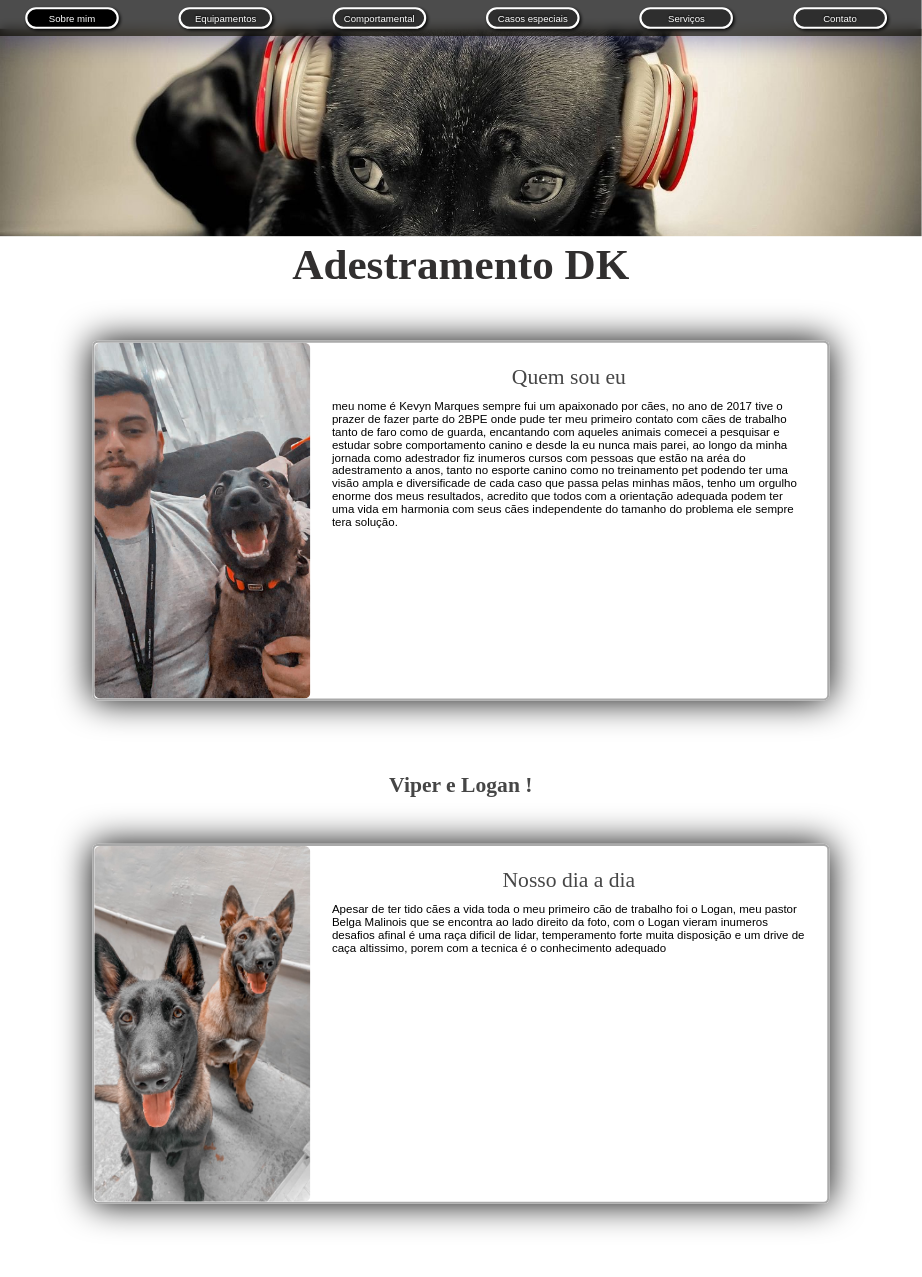
Repository: KevynMarques/Blog-React-StyledComponent
Page: /
These files come from the project's save history. The page is drawn as it stood at one moment and after the next save; the edit follows.
The browser window is 1280 px wide. The pictures show the whole page, at 72% of full size.
The project was rebuilt for these pictures with package versions that can differ from the ones it lists, and the page was loaded fresh each time. Also part of the build but not shown: src/Components/Equipamentos/index.jsx, src/Components/Comportamental/index.jsx, src/Components/Clientes/index.jsx, src/Components/Serviços/index.jsx, src/Components/Contato/index.jsx.

Above is the page before, as saved 2022-02-21 13:45:45.

### public/index.html
<!DOCTYPE html>
<html lang="pt-BR">
  <head>
    <meta charset="utf-8" />
    <link rel="icon" href="%PUBLIC_URL%/favicon.ico" />
    <meta name="viewport" content="width=device-width, initial-scale=1" />
    <meta name="theme-color" content="#000000" />
    <meta
      name="description"
      content="Web site created using create-react-app"
    />
    <link rel="apple-touch-icon" href="%PUBLIC_URL%/logo192.png" />
    <!--
      manifest.json provides metadata used when your web app is installed on a
      user's mobile device or desktop. See https://developers.google.com/web/fundamentals/web-app-manifest/
    -->
    <!--
      Notice the use of %PUBLIC_URL% in the tags above.
      It will be replaced with the URL of the `public` folder during the build.
      Only files inside the `public` folder can be referenced from the HTML.

      Unlike "/favicon.ico" or "favicon.ico", "%PUBLIC_URL%/favicon.ico" will
      work correctly both with client-side routing and a non-root public URL.
      Learn how to configure a non-root public URL by running `npm run build`.
    -->
    <title>Adestramento DK</title>
  </head>
  <body>
    <noscript>You need to enable JavaScript to run this app.</noscript>
    <div id="root"></div>
    <!--
      This HTML file is a template.
      If you open it directly in the browser, you will see an empty page.

      You can add webfonts, meta tags, or analytics to this file.
      The build step will place the bundled scripts into the <body> tag.

      To begin the development, run `npm start` or `yarn start`.
      To create a production bundle, use `npm run build` or `yarn build`.
    -->
  </body>
</html>

### src/App.jsx
import Home from './Pages/Home';
import Sobre from './Components/Sobre/index';
import { useState, useEffect } from 'react';
import { GlobalStyle } from './GlobalStyle';
import Geral from './Components/Geral/index';


function App() {

  const [geral, setGeral]=useState(<Sobre />);

  return (
    <>
    <Home setGeral={setGeral} geral={geral}  />
    <Geral geral={geral} />
    <GlobalStyle/>
   </>
  );
}

export default App;

### src/Pages/Home/index.jsx
import React, {useState} from "react"
import {  Home, Equip, Comportamental, MeusCaes, Serviços, Contato } from "../../Components/Buttons/Style"
import Equipamentos from "../../Components/Equipamentos/index"
import Sobre from '../../Components/Sobre/index'
import Comport  from '../../Components/Comportamental/index'
import Clientes from '../../Components/Clientes/index'
import Serv from "../../Components/Serviços"
import Cont from '../../Components/Contato/index'
import { ContainerHeader } from "../../Components/Containers/style"




export default (props) => {

  const [ativo, setAtivo] = useState(false)
  const [ativoEquip, setAtivoEquip] = useState(true)
  const [ativoComp, setComp] = useState(true)
  const [Casos, setCasos] = useState(true)
  const [serviços, setServiços] = useState(true)
  const [contato, setContato] = useState(true)


  return (
   <>
    <ContainerHeader>


       <Home
         setAtivo={setAtivo}
         ativo={ativo}
         onClick={()=>(props.setGeral(<Sobre />),
         setAtivo(false),
         setAtivoEquip(true),
         setComp(true),
         setCasos(true),
         setServiços(true)
         )}>
         <p>Sobre mim</p>
      </Home>



       <Equip
        ativoEquip={ativoEquip}
        setAtivoEquip={setAtivoEquip}
        onClick={()=>(props.setGeral(<Equipamentos />),
        setAtivo(true),
        setAtivoEquip(false),
        setComp(true),
        setCasos(true),
        setServiços(true)
        )}>
        <p>Equipamentos</p>
       </Equip>

       <Comportamental
          onClick={() =>(props.setGeral(<Comport />),
          setAtivo(true),
          setAtivoEquip(true),
          setComp(false),
          setCasos(true),
          setServiços(true))}

          setComp={setComp}
          ativoComp={ativoComp}>

         <p>Comportamental</p>
       </Comportamental>

       <MeusCaes
          onClick={() =>(props.setGeral(<Clientes />),
          setAtivo(true),
          setAtivoEquip(true),
          setComp(true),
          setCasos(false),
          setServiços(true))}
          setCasos={setCasos}
          Casos={Casos}>
         <p>Casos especiais</p>
       </MeusCaes>

       <Serviços onClick={() =>(props.setGeral(<Serv />),
        setAtivo(true),
        setAtivoEquip(true),
        setComp(true),
        setCasos(true),
        setServiços(false))}
        setServiços={setServiços}
        serviços={serviços}>
         <p>Serviços</p>
       </Serviços>

       <Contato onClick={() =>(props.setGeral(<Cont />),
        setAtivo(true),
        setAtivoEquip(true),
        setComp(true),
        setCasos(true),
        setServiços(true),
        setContato(false)
       )}
          setContato={setContato}
          contato={contato}>
         <p>Contato</p>
      </Contato>

    </ContainerHeader>
    </>
  );
}

### src/Components/Sobre/index.jsx
import Foto from '../Image/foto.png'
import LV from '../Image/LV.jpg';
import Dog from '../Image/Dog.png'
import { Tittle } from "../Textos&Titles/style";
import { ContainerBaner, ContainerBox, ContainerIMG } from "../Containers/style";
import { Info } from "../Textos&Titles/style";
import { SubTitle } from '../Textos&Titles/style';
import { TitleInfo } from '../Textos&Titles/style';


export default () => {
  return (
<>
     <ContainerBaner>
      <img src={Dog} />
     </ContainerBaner>

   <Tittle>
          Adestramento DK
  </Tittle>


  <ContainerBox>
       <ContainerIMG>
        <img src={Foto} />
       </ContainerIMG>
       <Info>
       <TitleInfo>Quem sou eu</TitleInfo>
       meu nome é Kevyn Marques sempre fui um apaixonado por cães, no ano de 2017 tive o prazer
       de fazer parte do 2BPE  onde pude ter  meu primeiro contato com cães de trabalho tanto de faro como de guarda, encantando com aqueles animais comecei a pesquisar e estudar sobre comportamento canino  e desde la eu nunca mais parei, ao longo da minha jornada como adestrador fiz inumeros cursos com pessoas que estão na aréa do adestramento a anos, tanto no esporte canino como no treinamento pet podendo ter uma visão ampla e diversificade de cada caso que passa pelas minhas mãos, tenho um orgulho enorme dos meus resultados, acredito que todos com a orientação adequada podem ter uma vida em harmonia com seus cães independente do tamanho do problema ele sempre tera solução.
       </Info>
       </ContainerBox>

  <SubTitle>  Viper e Logan !
  </SubTitle>


    <ContainerBox>

       <ContainerIMG>
        <img src={LV} />
       </ContainerIMG>
       <Info>
       <TitleInfo>Nosso dia a dia</TitleInfo>
       Apesar de ter tido cães a vida toda o meu primeiro cão de trabalho foi o Logan, meu pastor Belga Malinois que se encontra ao lado direito da foto, com o Logan vieram inumeros desafios afinal é uma raça dificil de lidar, temperamento forte muita disposição e um drive de caça altissimo, porem com a tecnica é o conhecimento adequado
       </Info>
      </ContainerBox>
</>

  );
}

### src/GlobalStyle.jsx
import { createGlobalStyle } from 'styled-components';

 export const GlobalStyle = createGlobalStyle`
  * {
    margin: 0;
    padding: 0;
    box-sizing: border-box;

  }
`;

### src/Components/Geral/index.jsx
import React from "react"

export default (props) => {

  return (

    <>
    {props.geral}
    </>

  );

}

### src/Components/Buttons/Style.jsx
import styled from "styled-components";


export const Home = styled.button `
background:${props => props.ativo ? '#2e2e2e' : '#000000'};
font-family: Arial, Helvetica, sans-serif;
font-style:normal;
color:#ffffff;
border:3px solid #ffffff;
text-shadow:0px -1px 3px #000000;
box-shadow:2px 2px 5px #000000;
box-shadow:2px 2px 5px #000000;
box-shadow:2px 2px 5px #000000;
border-radius:25px 25px 25px 25px;
border-radius:25px 25px 25px 25px;
border-radius:25px 25px 25px 25px;
width:130px;
height: 30px;

&:hover {
  background-color: black;
}

cursor:pointer;
margin:0 auto;
margin-left: 35px;

&:active {
  transform: scale(0.9);
}

`;


export const Equip = styled(Home) `

background:${props => props.ativoEquip ? '#2e2e2e' : '#000000'};

`;

export const Comportamental = styled(Home) `

background:${props => props.ativoComp ? '#2e2e2e' : '#000000'};

`;


export const MeusCaes = styled(Home) `

background:${props => props.Casos? '#2e2e2e' : '#000000'};

`;


export const Serviços = styled(Home) `

background:${props => props.serviços? '#2e2e2e' : '#000000'};

`;

export const Contato = styled(Home) `

background:#2e2e2e;

`;

### src/Components/Containers/style.jsx
import  styled  from "styled-components";



export const  ContainerHeader  = styled.div `
     width: 100vw;
     height: 50px;
     margin: 0;
     position: fixed;
     z-index: 99999;
     background: rgba( 0, 0, 0, 0.7 );
     box-shadow: 0 8px 32px 0 rgba( 31, 38, 135, 0.37 );
     backdrop-filter: blur( 7.5px );
     -webkit-backdrop-filter: blur( 7.5px );
     color:white;
     display: flex;
     align-items: center;
     justify-content: center;
`;



export const ContainerBaner= styled.div `
  width: 100%;
  height: 40vh;


    img {
    width: 100%;
    height: 100%;
    object-fit: cover;
    margin-top: 40px;

    }
`;


export const  ContainerBox = styled.section `
  height: 500px;
  border: solid 3px #aaaaaa;
  width: 80vw;
  margin: 100px  10%;
  border-radius: 8px;
  box-shadow: 0 0 3em Black;
  display: flex;
  `;


export const ContainerIMG = styled.div `

    min-width:300px;
    height:494px;

  img {
    object-fit: cover;
    width: 100%;
    height: 100%;
    border-radius: 8px;
  }

`;

### src/Components/Textos&Titles/style.jsx
import styled from 'styled-components'



export const Tittle = styled.h1`
@import url('https://fonts.googleapis.com/css2?family=Bangers&display=swap');
color: #312f2f;
font-size: 60px;
font-family: 'Bangers', cursive;
text-align: center;
height: 40px;
margin-top: 45px;
`;


export const Info = styled.p`
 margin: 30px;
 font-family: Arial, Helvetica, sans-serif;
`;


export const SubTitle = styled.h2 `
 text-align: center;
 font-size: 30px;
 margin-top: 60px;
 font-family: Arial, Helvetica, sans-serif;
 color: #464646;
 margin-bottom: -35px;
 font-family: 'Bangers', cursive;
`;


export const TitleInfo = styled.div `
 text-align: center;
 font-size: 30px;
 font-family: Arial, Helvetica, sans-serif;
 color: #464646;
 font-family: 'Bangers', cursive;
 margin-bottom: 15px;
`;

Loaded but not shown: src/index.js (common file)

After the next save:
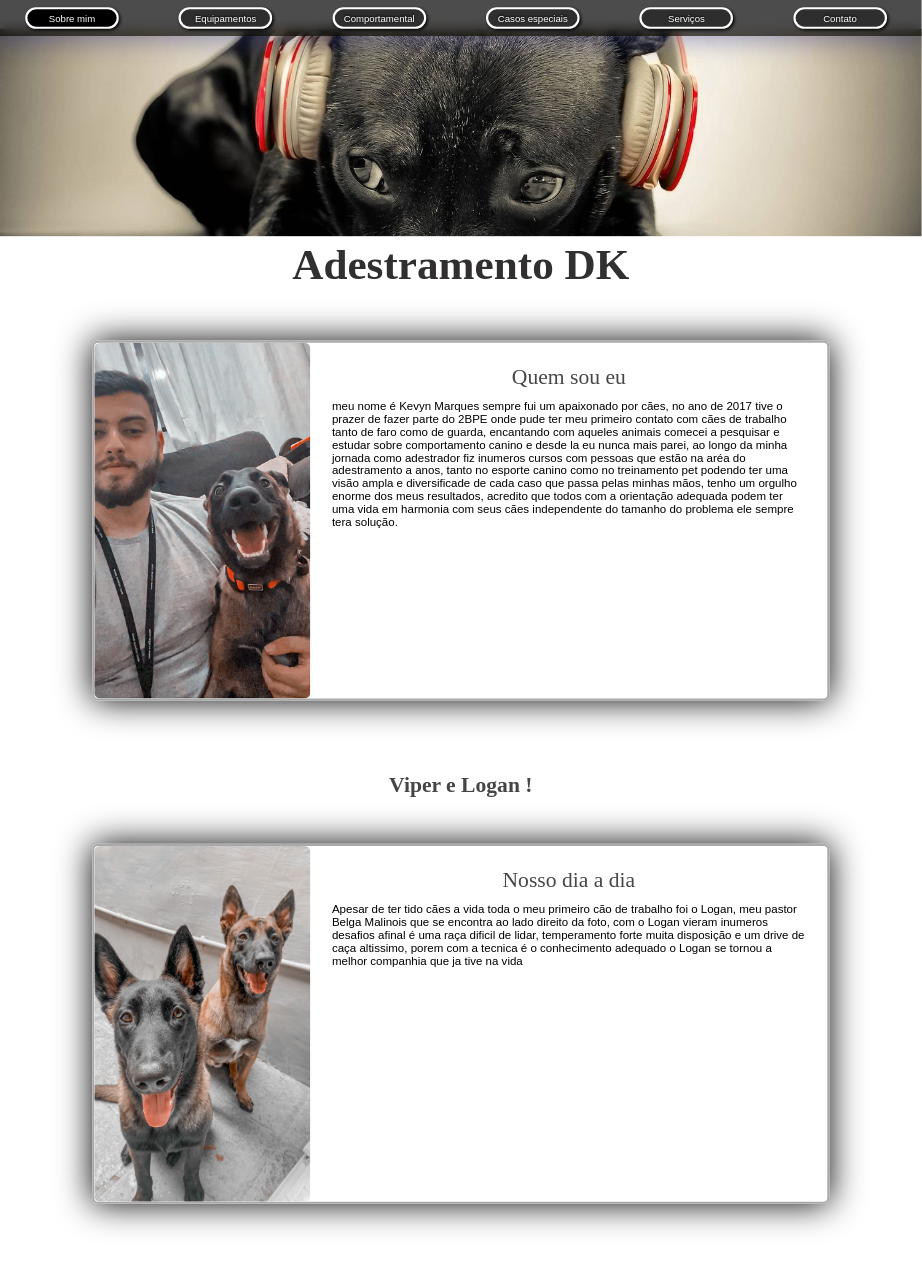
Saved 21 s later.
--- a/src/Components/Sobre/index.jsx
+++ b/src/Components/Sobre/index.jsx
@@ -42,7 +42,7 @@ export default () => {
        </ContainerIMG>
        <Info>
        <TitleInfo>Nosso dia a dia</TitleInfo>
-       Apesar de ter tido cães a vida toda o meu primeiro cão de trabalho foi o Logan, meu pastor Belga Malinois que se encontra ao lado direito da foto, com o Logan vieram inumeros desafios afinal é uma raça dificil de lidar, temperamento forte muita disposição e um drive de caça altissimo, porem com a tecnica é o conhecimento adequado
+       Apesar de ter tido cães a vida toda o meu primeiro cão de trabalho foi o Logan, meu pastor Belga Malinois que se encontra ao lado direito da foto, com o Logan vieram inumeros desafios afinal é uma raça dificil de lidar, temperamento forte muita disposição e um drive de caça altissimo, porem com a tecnica é o conhecimento adequado o Logan se tornou a melhor companhia que ja tive na vida
        </Info>
       </ContainerBox>
 </>
